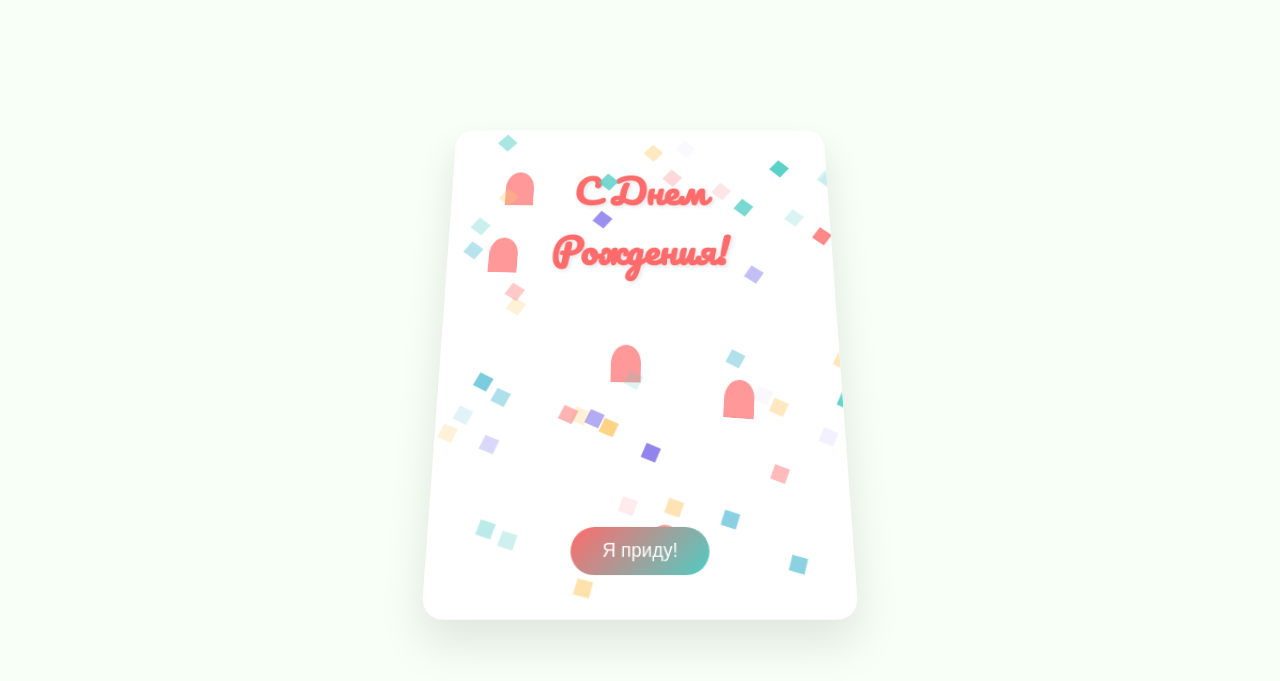
Repository: ll9llall9ll/users-management
Page: templates/birthday_template_3.html
These files come from the project's save history. The page is drawn as it stood at one moment and after the next save; the edit follows.
The browser window is 1280 px wide. The pictures show the whole page.

Above is the page before, as saved 2025-03-04 18:43:16.

After the next save:
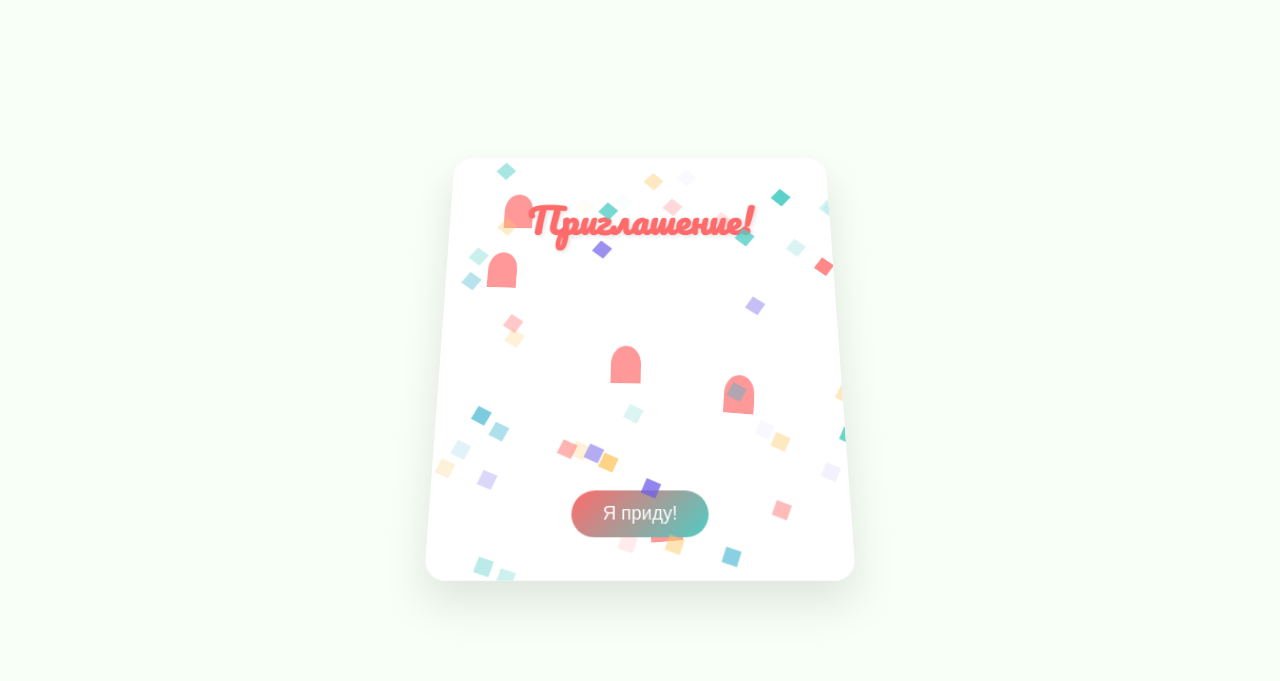
Saved 52 s later.
--- a/templates/birthday_template_3.html
+++ b/templates/birthday_template_3.html
@@ -173,7 +173,7 @@
     <div class="invitation-container">
         <div class="confetti-container" id="confetti-container"></div>
 
-        <h1 class="birthday-title">С Днем Рождения!</h1>
+        <h1 class="birthday-title">Приглашение!</h1>
 
         <div class="invitation-details">
             <div class="event-detail">
